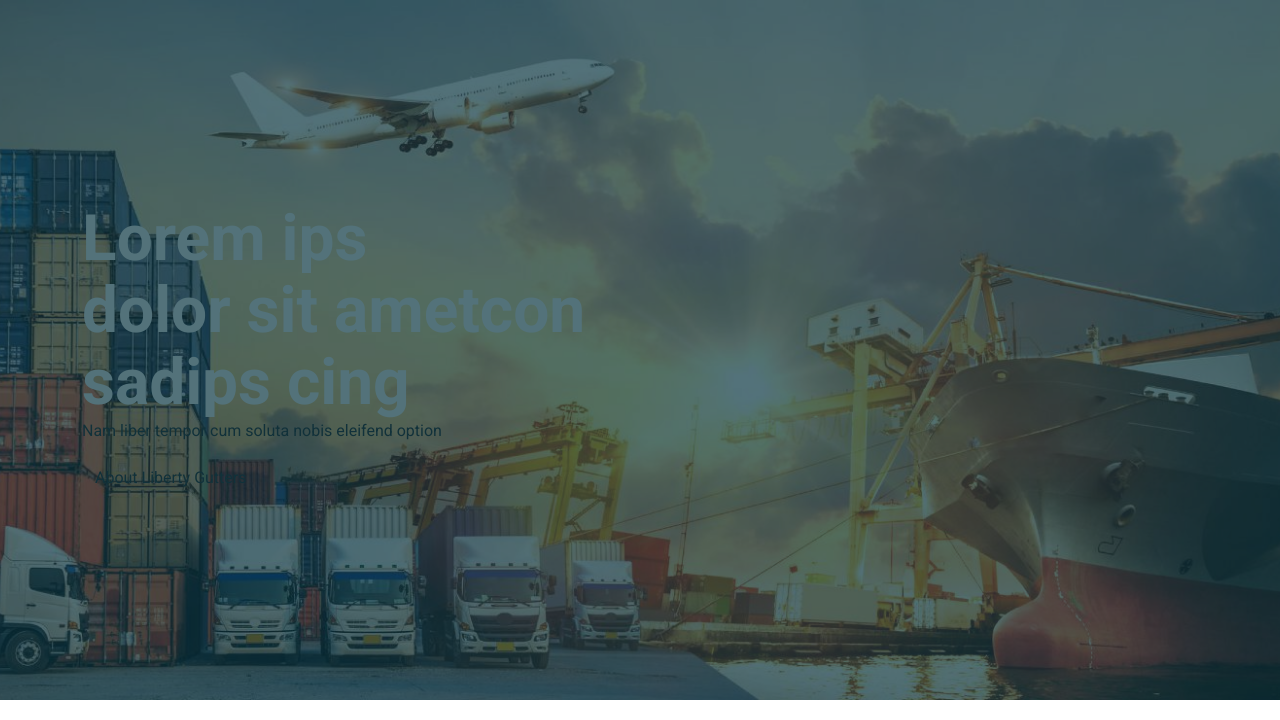
Repository: nazmulalok/shipping-template
Page: index.html
These files come from the project's save history. The page is drawn as it stood at one moment and after the next save; the edit follows.
The browser window is 1280 px wide. The pictures show the whole page.

Above is the page before, as saved 2022-10-03 00:57:53.

After the next save:
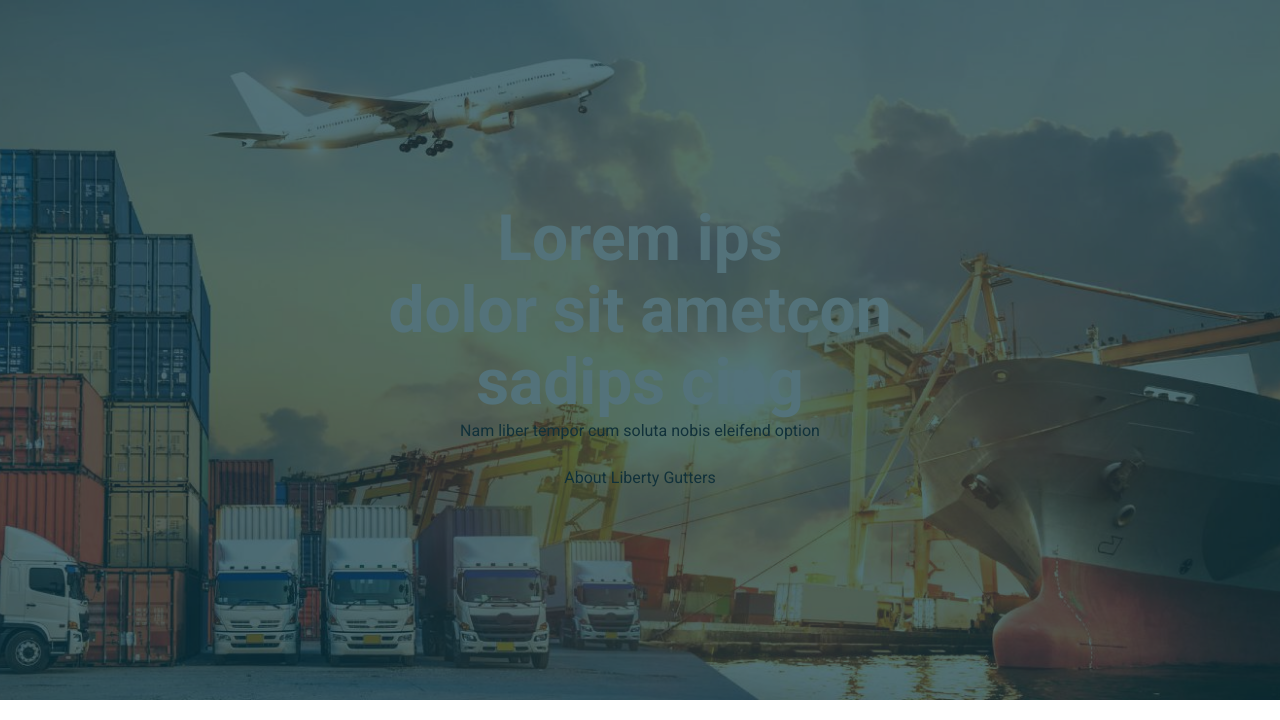
Saved 42 s later.
--- a/style.css
+++ b/style.css
@@ -37,6 +37,10 @@ body {
     background-color: rgb(11 55 66 / 70%);
 }
 
+.slide-content {
+    text-align: center;
+}
+
 .slider-title {
     color: #fff;
     font-size: 4rem;
